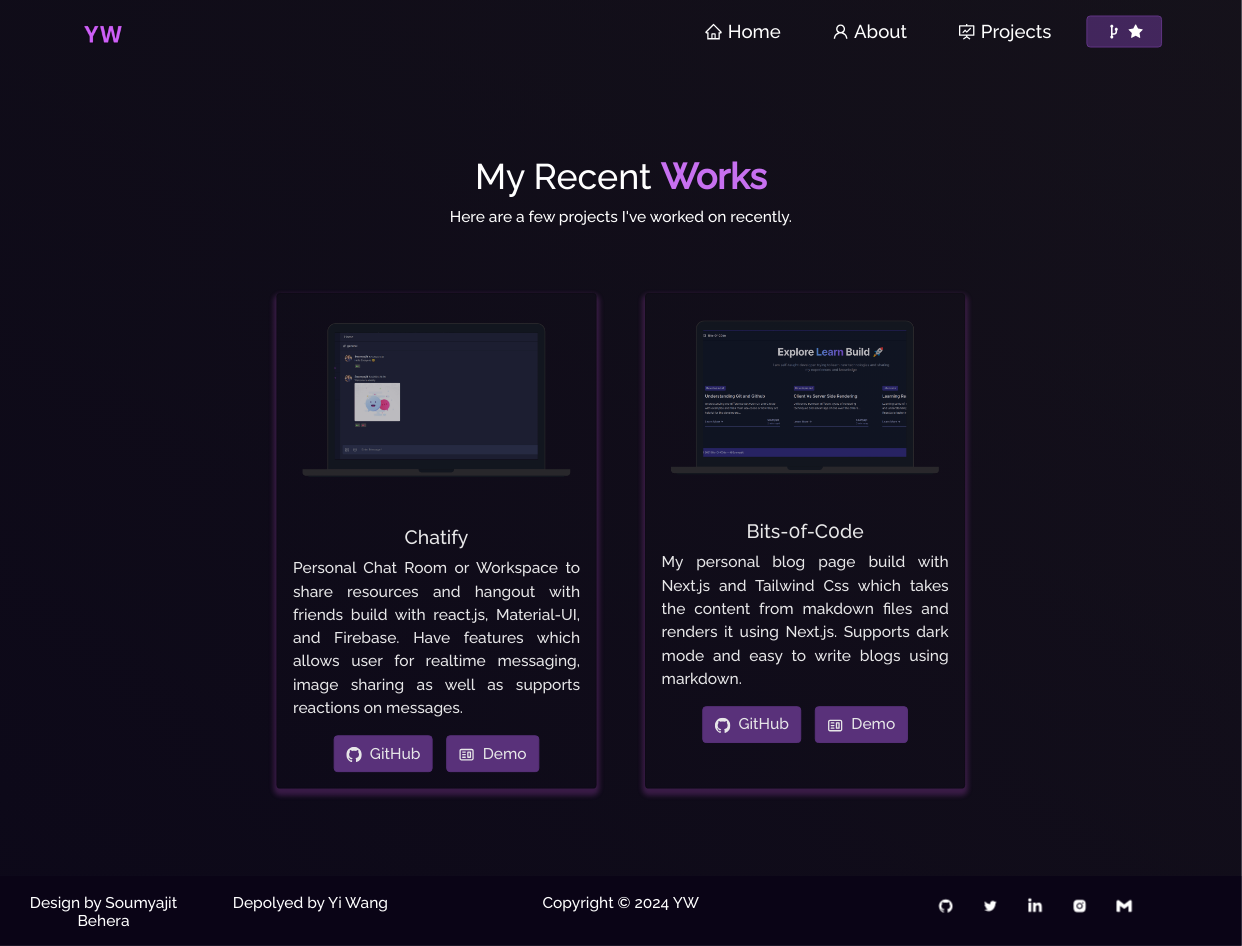
Repository: YiWang24/Portfolio
Page: /project
These files come from the project's save history. The page is drawn as it stood at one moment and after a run of saves; the edit follows.
The browser window is 1280 px wide. The pictures show the whole page, at 97% of full size.
The project was rebuilt for these pictures with package versions that can differ from the ones it lists, and the page was loaded fresh each time. Also part of the build but not shown: src/components/Home/Home2.js, src/components/Home/Type.js, src/components/Home/Home.js, src/components/About/Github.js, src/components/About/Techstack.js, src/components/About/AboutCard.js, src/components/About/Toolstack.js, src/components/About/About.js and 1 more. Imported but missing from the stored project, and not drawn on this page: src/Assets/Soumyajit_Behera-BIT_MESRA.pdf.

Above is the page before, as saved 2024-08-21 21:25:59.

After the next 2 saves:
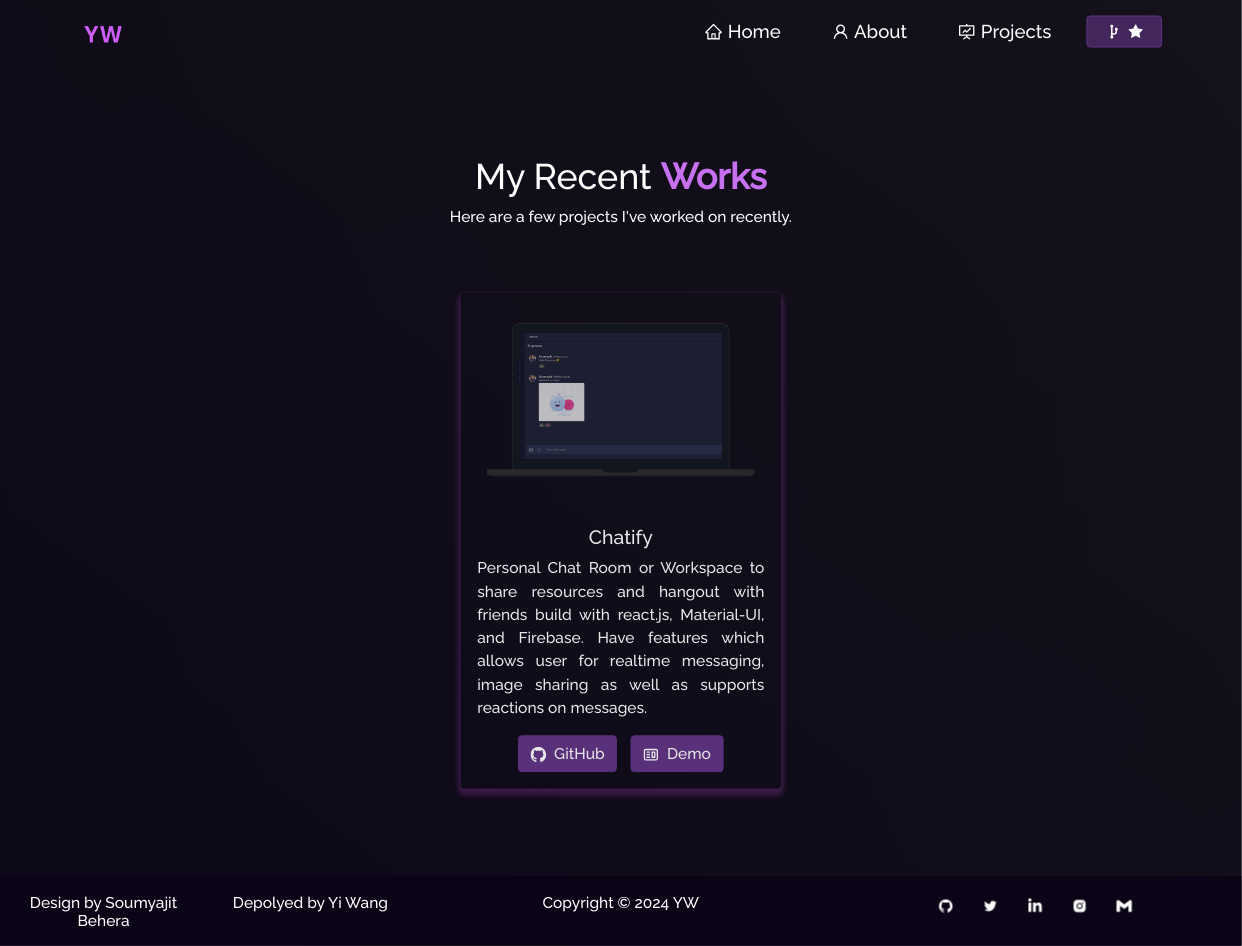
The 2 saves are shown as one change because they came seconds apart.
The last was saved 9 s later.
--- a/src/components/Projects/Projects.js
+++ b/src/components/Projects/Projects.js
@@ -32,20 +32,6 @@ function Projects() {
             />
           </Col>
 
-          <Col md={4} className="project-card">
-            <ProjectCard
-              imgPath={bitsOfCode}
-              isBlog={false}
-              title="Bits-0f-C0de"
-              description="My personal blog page build with Next.js and Tailwind Css which takes the content from makdown files and renders it using Next.js. Supports dark mode and easy to write blogs using markdown."
-              ghLink="https://github.com/soumyajit4419/Bits-0f-C0de"
-              demoLink="https://blogs.soumya-jit.tech/"
-            />
-          </Col>
-
-
-
-
         </Row>
       </Container>
     </Container>
